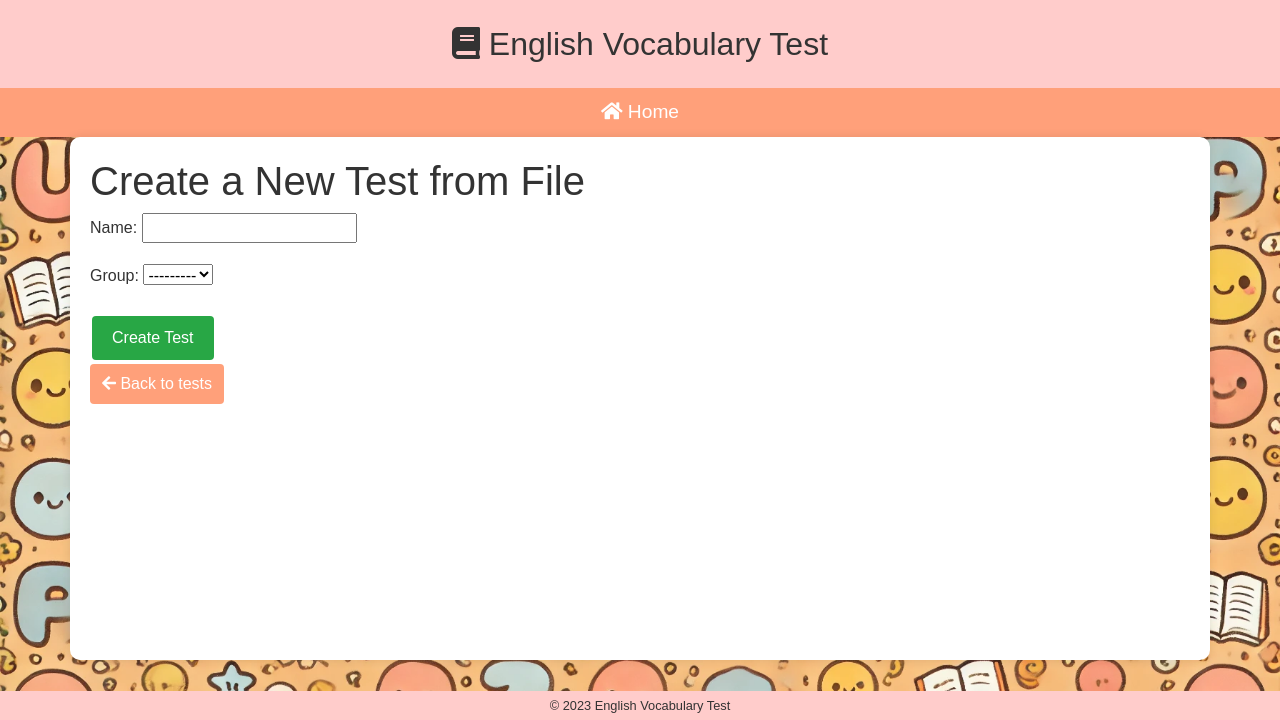
Repository: YamatoGH/testapp
Page: http://localhost/create-test-from-file/
The author's editor kept a copy of each file at every save. The page is drawn from the files as they stood at one save, then again after the next save.
The browser window is 1280 px wide. The pictures show the whole page.
The page is served by the project's application, run on Django 5.2 (manage.py). The page reads the database file committed with the project.

Above is the page before, as saved 2024-08-01 17:30:07.

After the next save:
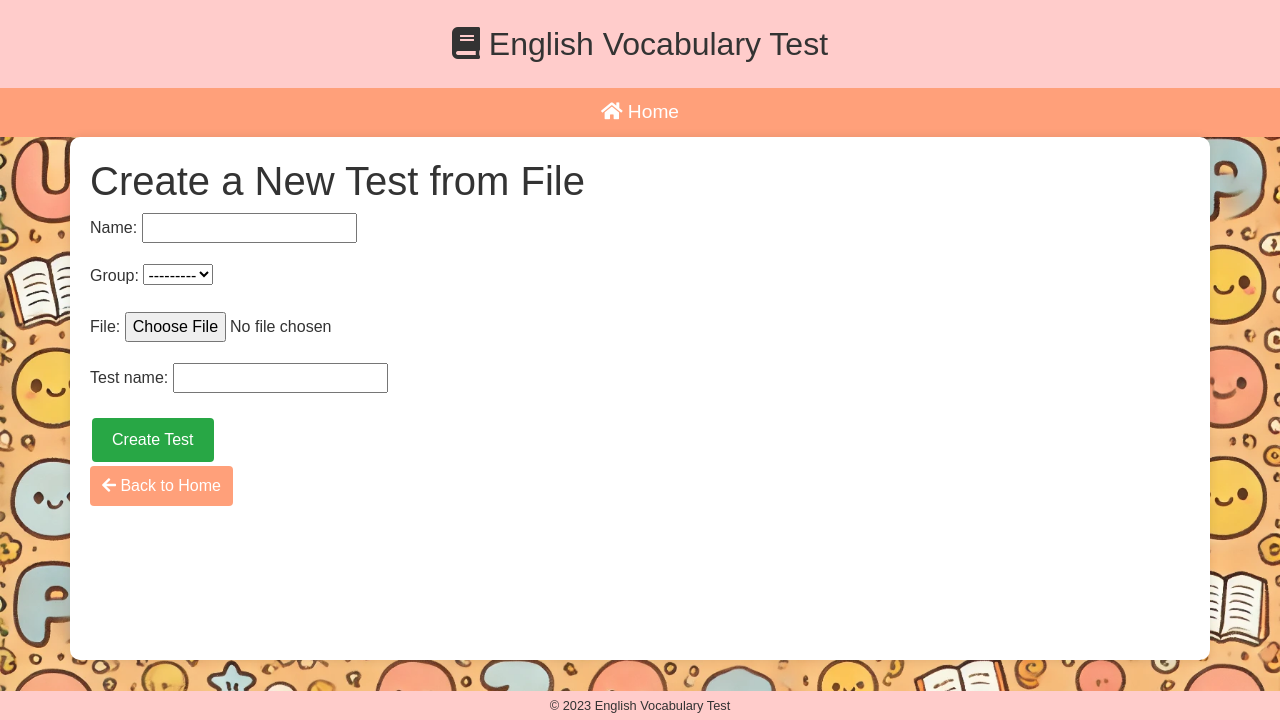
Saved 9 s later.
--- a/testapp/templates/testapp/create_test_from_file.html
+++ b/testapp/templates/testapp/create_test_from_file.html
@@ -7,7 +7,8 @@
 <form method="post" enctype="multipart/form-data">
     {% csrf_token %}
     {{ form.as_p }}
+    {{ upload_form.as_p }}
     <button type="submit" class="btn btn-create">Create Test</button>
 </form>
-<a href="{% url 'home' %}" class="btn btn-custom"><i class="fas fa-arrow-left"></i> Back to tests</a>
+<a href="{% url 'home' %}" class="btn btn-custom"><i class="fas fa-arrow-left"></i> Back to Home</a>
 {% endblock %}
